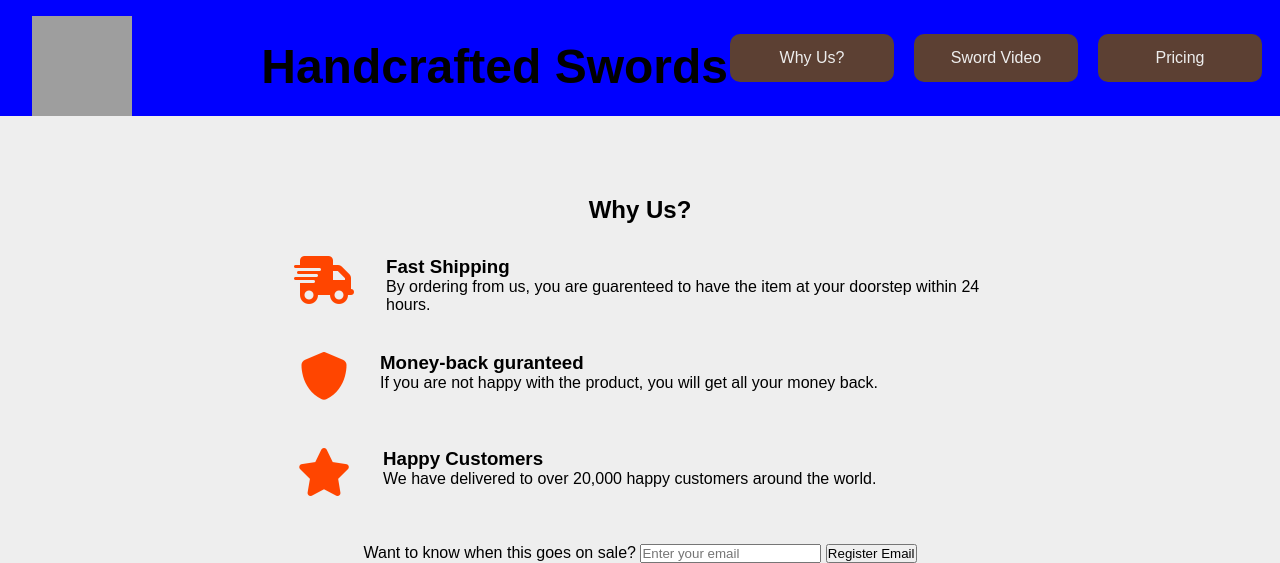
Repository: Pafestivo/Product-Landing-Page
Page: index.html
An editor plug-in stored every save of this project. The page is shown before and after the next save, followed by the edit.
The browser window is 1280 px wide. The pictures show the part of the page from y = 0 to 563 px (the page is 882 px tall).
Pictures or frames that could not be fetched are drawn as grey boxes. Some web libraries are served in a nearby version.

Above is the page before, as saved 2022-09-15 17:20:53.

### index.html
<!DOCTYPE html>
<html lang="en">
<head>
  <meta charset="UTF-8">
  <meta name="viewport" content="width=device-width, initial-scale=1.0">
  <link rel="stylesheet" href="styles.css">
  <script src="https://kit.fontawesome.com/e2364af56b.js" crossorigin="anonymous"></script>
  <title>Product Landing Page</title>
</head>

<body>
  <header id="header">
    <img
    id="header-img"
    src="https://static.vecteezy.com/system/resources/previews/002/323/268/non_2x/fist-icon-symbol-vector.jpg"
    width="100"
    height="100"
    />

    <h1 id="page-title">Handcrafted Swords</h1>

    <nav id="nav-bar">
      <a class="nav-link hover-effect" href="#why-us">Why Us?</a>
      <a class="nav-link hover-effect" href="#sword-video">Sword Video</a>
      <a class="nav-link hover-effect" href="#pricing">Pricing</a>
    </nav>
  </header>

  <main>
    <h2 id="why-us">Why Us?</h2>
    <div class="reason">
    <i class="fa-solid fa-truck-fast fa-3x"></i>
      <div class="reason-text">
        <h3>Fast Shipping</h3>
        <p>By ordering from us, you are guarenteed to have the item at your doorstep within 24 hours.</p>
      </div> <!-- /Reason-text-->
    </div> <!-- /Reason -->

    <div class="reason">
      <i class="fa-solid fa-shield fa-3x"></i>
      <div class="reason-text">
        <h3>Money-back guranteed</h3>
        <p>If you are not happy with the product, you will get all your money back.</p>
      </div> <!-- /Reason-text-->
    </div> <!-- /Reason -->

    <div class="reason">
      <i class="fa-solid fa-star fa-3x"></i>
      <div class="reason-text">
        <h3>Happy Customers</h3>
        <p>We have delivered to over 20,000 happy customers around the world.</p>
      </div> <!-- /Reason-text-->
      </div> <!-- /Reason -->


      <form id="form">
        <label for="email">Want to know when this goes on sale?</label>
        <input
        id="email"
        type="email"
        placeholder="Enter your email"
        />
        <input
        id="submit"
        type="submit"
        value="Register Email"
        action="https://www.freecodecamp.com/email-submit"
        />
      </form>


      <iframe
      width="560"
      height="315"
      src="https://www.youtube.com/embed/0qC64jGCxBo?autoplay=1&mute=1"
      title="YouTube video player"
      frameborder="0"
      allow="accelerometer; autoplay; clipboard-write; encrypted-media; gyroscope; picture-in-picture"
      allowfullscreen>
      </iframe>

  </main>
</body>
</html>

### styles.css
* {
  margin: 0;
  padding: 0;
}

html {
  box-sizing: border-box;
}

body {
  font-family: sans-serif;
  background-color: #eee;
}

/* header */
#nav-bar a {
  text-decoration: none;
  color: #eee;
  background-color: #5C4033;
  margin: 4px 2px;
  padding: 15px 32px;
  width: 100px;
  text-align: center;
  border-radius: 10px;
  transition: 0.5s;
}

.hover-effect:hover {
  transform: scale(1.2);
}

header {
  display: grid;
  grid-template-columns: 1fr auto 1fr;
  background-color: blue;
}

header h1 {
    padding-top: 1rem;
    font-size: 3em;
    margin: auto 0;
}

#header-img {
  padding-left: 2rem;
  padding-top: 1rem;
}

#nav-bar {
  display: flex;
  gap: 1rem;
  margin: auto 0;
  padding-right: 1rem;
  justify-self: end;
}
/* End of header */

/* Main  */
main {
  text-align: center;
}

#why-us {
  padding: 5rem 0 2rem 0;
}

.reason {
  display: flex;
  justify-content: center;
}

.reason p {
  width: 600px;
  text-align: left;
}

.fa-solid {
  color: orangered;
  padding: 0 2rem 3rem 0;
}

.reason h3 {
  text-align: left;
}

/* End of main */

After the next save:
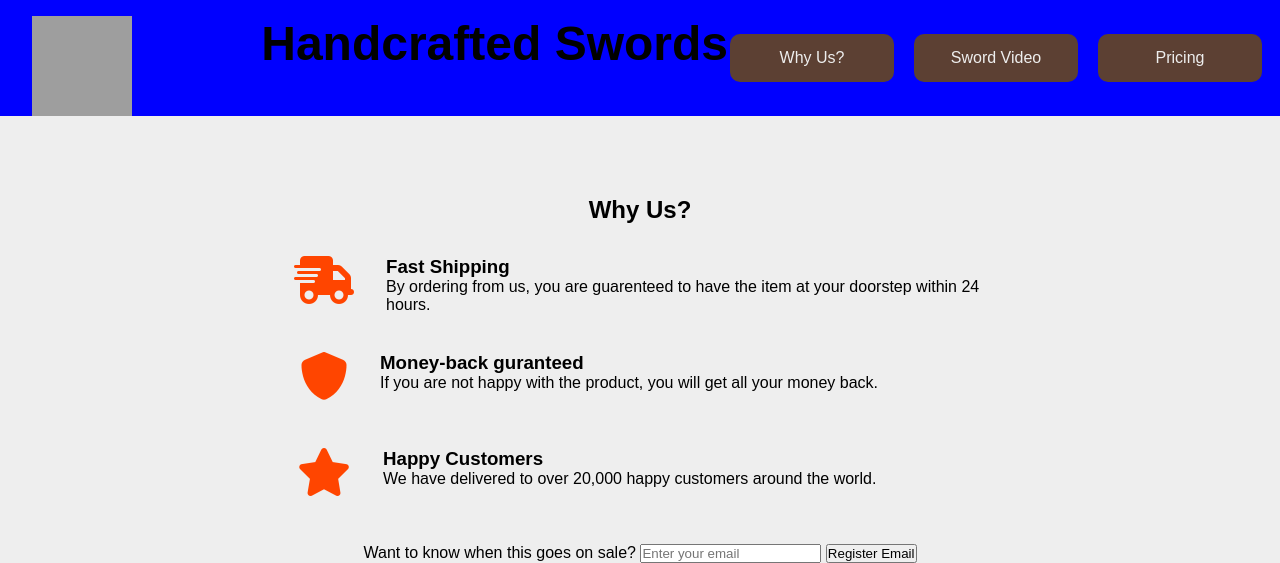
Saved 21 s later.
--- a/styles.css
+++ b/styles.css
@@ -38,7 +38,7 @@
 header h1 {
     padding-top: 1rem;
     font-size: 3em;
-    margin: auto 0;
+    text-align: center;
 }
 
 #header-img {
